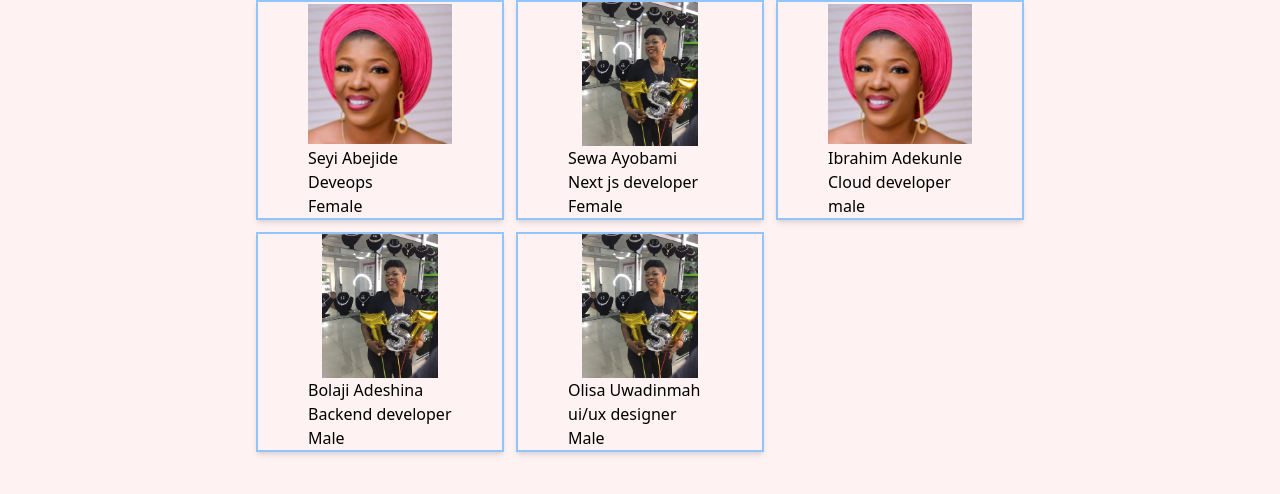
Repository: Semanmernstack/Bincom
Page: /
These files come from the project's save history. The page is drawn as it stood at one moment and after the next save; the edit follows.
The browser window is 1280 px wide. The pictures show the whole page.
The project was rebuilt for these pictures with package versions that can differ from the ones it lists, and the page was loaded fresh each time. The framework's server and built-in components were replaced by stand-ins that run in the browser. Also part of the build but not shown: next.config.mjs.

Above is the page before, as saved 2024-01-25 05:31:07.

After the next save:
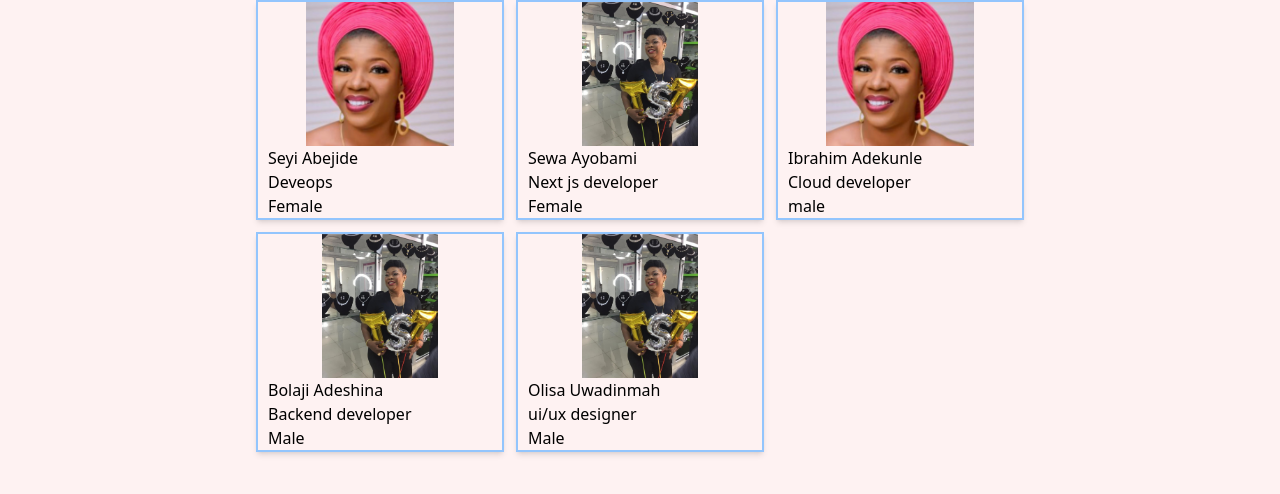
Saved 35 s later.
--- a/app/components/SetUp.tsx
+++ b/app/components/SetUp.tsx
@@ -11,7 +11,7 @@ interface B {
 function SetUp({id, title, image, role, gender}:B) {
   return (
     <div className=' '>
-      <img src={image} alt="image" className='h-36 w-36 object-contain' />
+      <img src={image} alt="image" className='h-36 w-56 rounded-lg object-contain' />
       <div>
         <h1>{title}</h1>
         <div>
